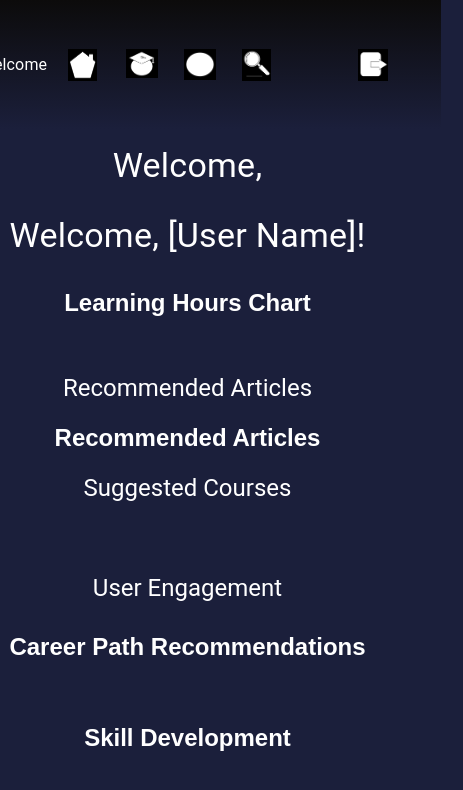
Repository: jvt2/OnlineCourseApp
Page: /dashboard
These files come from the project's save history. The page is drawn as it stood at one moment and after the next save; the edit follows.
The browser window is 375 px wide. The page is 463 px wide, then 375 px, then 463 px, so the pictures cover 463 px, including what lies to the right of the window. The pictures show the whole page.
The page's requests for data from a server got no answer. The project was rebuilt for these pictures with package versions that can differ from the ones it lists, and the page was loaded fresh each time. No one was signed in, and anything a server would have sent is missing. Also part of the build but not shown: src/features/auth/Register.js, src/features/auth/Login.js, src/features/courses/ResumeUpload.js, src/features/courses/CourseRecommendations.js, src/components/common/MyModal.js, src/features/courses/CourseCatalog.js, src/features/courses/CourseDetail.js, src/components/common/Navbar.js and 3 more. Imported but missing from the stored project, and not drawn on this page: src/app/reportWebVitals.

Above is the page before, as saved 2024-07-18 17:47:16.

After the next save:
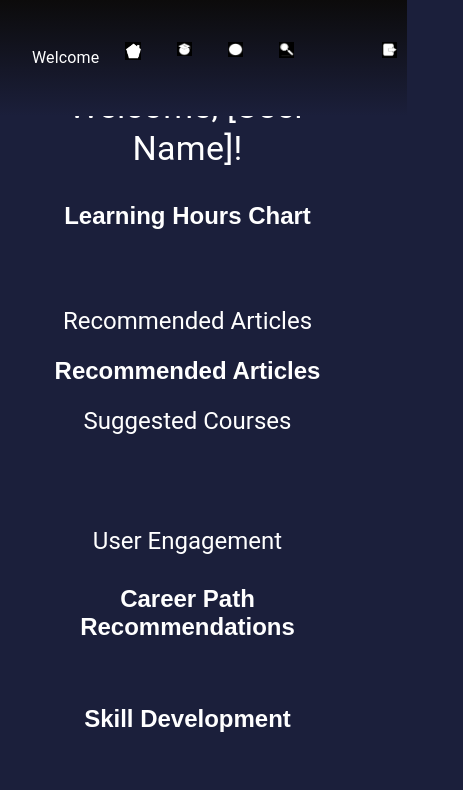
Saved 48 s later.
--- a/src/features/dashboard/Dashboard.css
+++ b/src/features/dashboard/Dashboard.css
@@ -175,10 +175,6 @@
   font-size: 0.9em;
 }
 
-/* Media Queries */
-
-
-/* Media Queries */
 @media (max-width: 768px) {
   .container {
     grid-template-columns: 1fr;
@@ -191,7 +187,6 @@
     width: 100%;
     height: auto;
     padding: var(--spacing-unit);
-    position: relative;
   }
 
   .sidebar-main {
@@ -205,62 +200,4 @@
   .dashboard-header {
     font-size: 1.5rem;
   }
-
-  .dashboard-container {
-    margin-left: 0;
-  }
-}
-
-@media (max-width: 480px) {
-  .container {
-    flex-direction: column;
-  }
-
-  .sidebar {
-    flex-direction: column;
-    align-items: flex-start;
-    padding: 10px;
-    position: relative;
-  }
-
-  .sidebar-main {
-    flex-direction: row;
-  }
-
-  .sidebar-icon {
-    margin: 5px;
-  }
-
-  .dashboard-header {
-    font-size: 1.2rem;
-  }
-
-  .dashboard-container {
-    margin-left: 0;
-  }
-}
-}
-
-@media (max-width: 480px) {
-  .container {
-    flex-direction: column;
-  }
-
-  .sidebar {
-    flex-direction: column;
-    align-items: flex-start;
-    padding: 10px;
-  }
-
-  .sidebar-main {
-    flex-direction: row;
-  }
-
-  .sidebar-icon {
-    margin: 5px;
-  }
-
-  .dashboard-header {
-    font-size: 1.2rem;
-  }
-}
+}

After the 2 saves that followed:
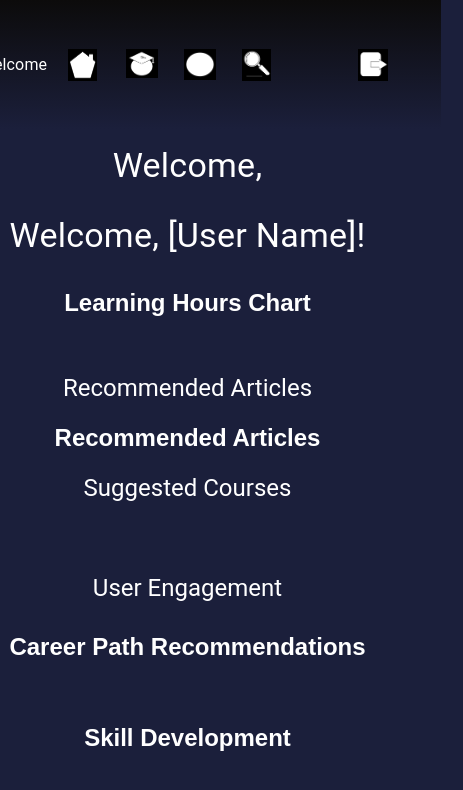
The 2 saves are shown as one change because 1 left the picture as it was.
The last was saved 7 min 20 s later.
--- a/src/features/dashboard/Dashboard.css
+++ b/src/features/dashboard/Dashboard.css
@@ -3,7 +3,8 @@
   --secondary-color: #1b1f3b;
   --text-color: #FFFFFF;
   --icon-color: #BBBBBB;
-  --icon-hover-color: #FFFFFF;
+  --icon-active-color: #FFFFFF;
+  --icon-hover-color: #E0E0E0;
   --accent-color: #4a90e2;
   --hover-color: rgba(255, 255, 255, 0.2);
   --focus-color: rgba(255, 255, 255, 0.3);
@@ -22,13 +23,13 @@
     --secondary-color: #121212;
     --text-color: #e0e0e0;
     --icon-color: #CCCCCC;
+    --icon-active-color: #FFFFFF;
     --icon-hover-color: #FFFFFF;
     --accent-color: #bb86fc;
     --hover-color: rgba(255, 255, 255, 0.3);
     --focus-color: rgba(255, 255, 255, 0.4);
   }
 }
-
 /* General styles for the dashboard */
 body {
   margin: 0;
@@ -88,7 +89,6 @@
   transition: all var(--transition-speed) ease;
   color: var(--icon-color);
 }
-
 .sidebar-icon:hover {
   background-color: var(--hover-color);
   color: var(--icon-hover-color);
@@ -175,6 +175,7 @@
   font-size: 0.9em;
 }
 
+/* Media Queries */
 @media (max-width: 768px) {
   .container {
     grid-template-columns: 1fr;
@@ -187,6 +188,7 @@
     width: 100%;
     height: auto;
     padding: var(--spacing-unit);
+    position: relative;
   }
 
   .sidebar-main {
@@ -200,4 +202,37 @@
   .dashboard-header {
     font-size: 1.5rem;
   }
-}
+
+  .dashboard-container {
+    margin-left: 0;
+  }
+}
+
+@media (max-width: 480px) {
+  .container {
+    flex-direction: column;
+  }
+
+  .sidebar {
+    flex-direction: column;
+    align-items: flex-start;
+    padding: 10px;
+    position: relative;
+  }
+
+  .sidebar-main {
+    flex-direction: row;
+  }
+
+  .sidebar-icon {
+    margin: 5px;
+  }
+
+  .dashboard-header {
+    font-size: 1.2rem;
+  }
+
+  .dashboard-container {
+    margin-left: 0;
+  }
+}
